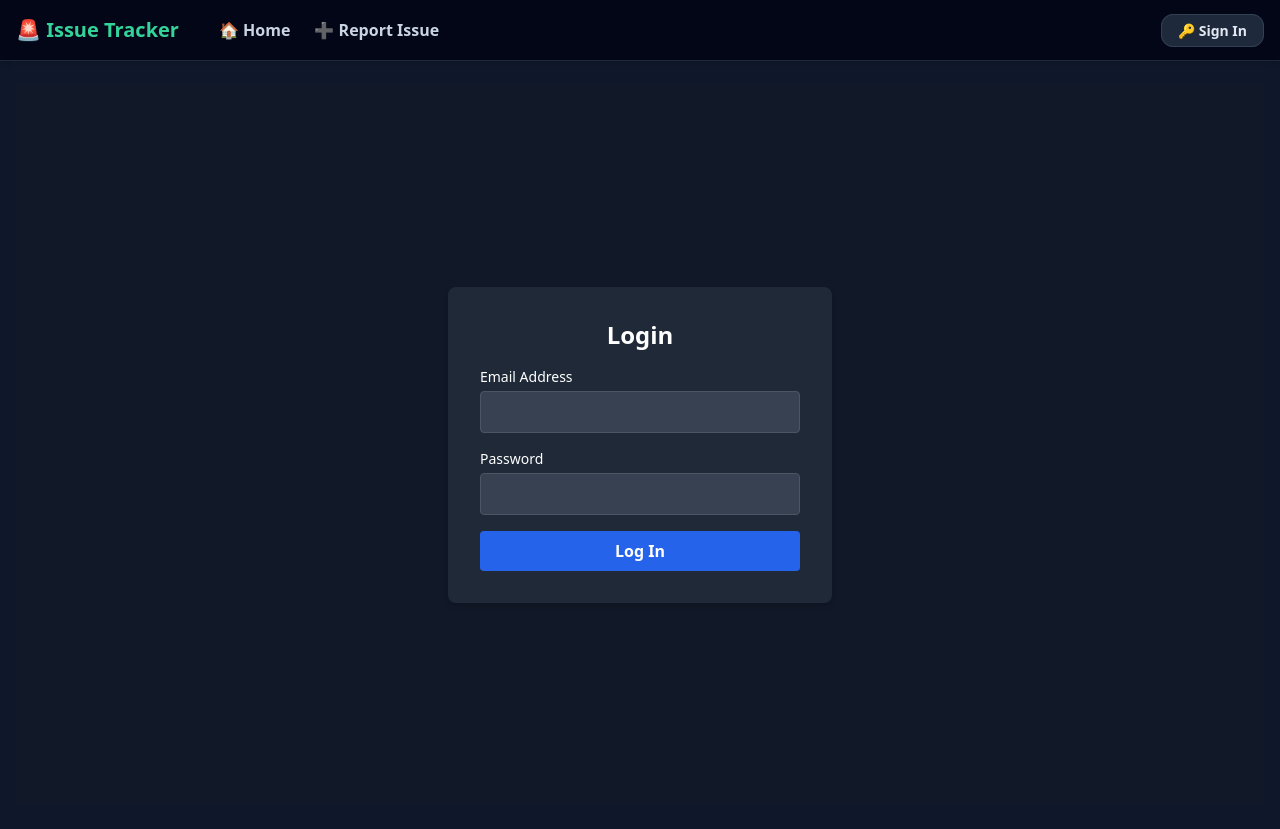
Repository: pugazhendhiprem3-cp/local-issue-management-system-.-.-.
Page: /login (app in my-react-app/)
An editor plug-in stored every save of this project. The page is shown before and after the next save, followed by the edit.
The browser window is 1280 px wide. The pictures show the whole page.
The project was rebuilt for these pictures with package versions that can differ from the ones it lists, and the page was loaded fresh each time. Also part of the build but not shown: my-react-app/vite.config.js, my-react-app/src/services/api.js, my-react-app/src/pages/CreateIssue.jsx, my-react-app/src/pages/IssuesFeed.jsx.

Above is the page before, as saved 2026-05-22 22:37:19.

### my-react-app/index.html
<!doctype html>
<html lang="en">
  <head>
    <meta charset="UTF-8" />
    <link rel="icon" type="image/svg+xml" href="/favicon.svg" />
    <meta name="viewport" content="width=device-width, initial-scale=1.0" />
    <title>my-react-app</title>
  </head>
  <body>
    <div id="root"></div>
    <script type="module" src="/src/main.jsx"></script>
  </body>
</html>

### my-react-app/src/App.jsx
import React, { useState, useEffect } from 'react'; // 🟢 Added standard hooks to track token presence
import { BrowserRouter as Router, Routes, Route, Link } from 'react-router-dom';
import CreateIssue from './pages/CreateIssue';
import IssuesFeed from './pages/IssuesFeed';
import Login from './pages/Login';

// Landing page containing both the Welcome Box and the Live Feed Board
const Home = () => {
  return (
    <div className="space-y-10">
      {/* Welcome Banner */}
      <div className="text-center mt-12 p-8 bg-slate-950 rounded-xl border border-slate-800 max-w-xl mx-auto shadow-2xl">
        <h1 className="text-3xl font-bold text-emerald-400 mb-4">🚨 Local Issue Tracker</h1>
        <p className="text-slate-400 mb-6">Track and report civic issues in your neighborhood instantly.</p>
        <Link to="/create-issue" className="inline-block bg-emerald-600 hover:bg-emerald-500 text-white font-bold py-2.5 px-6 rounded transition duration-200">
          Report a New Issue Now
        </Link>
      </div>

      {/* Live Feed directly visible below the welcome box */}
      <IssuesFeed />
    </div>
  );
};

function App() {
  // 🟢 Track if a token exists in localStorage to dynamically adjust the UI
  const [isAuthenticated, setIsAuthenticated] = useState(false);

  useEffect(() => {
    const token = localStorage.getItem('token');
    setIsAuthenticated(!!token); // True if token exists, false if null
  }, []);

  // 🟢 Clear stored session elements and drop auth state on log out
  const handleLogout = () => {
    localStorage.removeItem('token');
    localStorage.removeItem('role');
    setIsAuthenticated(false);
    window.location.href = '/'; // Soft redirect to home feed
  };

  return (
    <Router>
      <div className="min-h-screen bg-slate-900 text-white">

        {/* Navigation Bar */}
        <nav className="p-4 bg-slate-950 border-b border-slate-800 flex justify-between items-center shadow-md">
          <div className="flex gap-6 items-center">
            <div className="text-xl font-bold text-emerald-400 mr-4">🚨 Issue Tracker</div>
            <Link to="/" className="text-slate-300 font-semibold hover:text-emerald-400 transition-colors">
              🏠 Home
            </Link>
            <Link to="/create-issue" className="text-slate-300 font-semibold hover:text-emerald-400 transition-colors">
              ➕ Report Issue
            </Link>
          </div>

          {/* 🟢 Dynamically switches between Sign In and Sign Out buttons based on authentication state */}
          <div>
            {isAuthenticated ? (
              <button
                onClick={handleLogout}
                className="bg-red-950 hover:bg-red-900 text-red-200 border border-red-800 font-semibold py-1.5 px-4 rounded-xl transition duration-200 text-sm"
              >
                🛑 Sign Out
              </button>
            ) : (
              <Link
                to="/login"
                className="bg-slate-800 hover:bg-slate-700 text-slate-200 border border-slate-700 font-semibold py-1.5 px-4 rounded-xl transition duration-200 text-sm"
              >
                🔑 Sign In
              </Link>
            )}
          </div>
        </nav>

        {/* Route Definitions Layout Container */}
        <div className="container mx-auto px-4 py-6">
          <Routes>
            <Route path="/" element={<Home />} />
            <Route path="/create-issue" element={<CreateIssue />} />
            {/* Pass state setter to Login component to update Navbar right away upon login */}
            <Route path="/login" element={<Login setIsAuthenticated={setIsAuthenticated} />} />
          </Routes>
        </div>

      </div>
    </Router>
  );
}

export default App;

### my-react-app/src/pages/login.jsx
import React, { useState } from 'react';
import axios from 'axios';
import { useNavigate } from 'react-router-dom'; // 🟢 Added for redirecting after login

const Login = () => {
    // 1. Define states to hold the user inputs
    const [loginData, setLoginData] = useState({
        email: '',
        password: ''
    });

    const navigate = useNavigate(); // 🟢 Hook to redirect the user to another page

    // 2. Handle updating state when a user types in inputs
    const handleChange = (e) => {
        setFormData({ ...loginData, [e.target.name]: e.target.value });
    };

    // 3. 🟢 THIS IS YOUR STEP 2 CODE integrated here:
    const handleLoginSubmit = async (e) => {
        e.preventDefault();
        try {
            // Sends request to your Spring Boot Backend UserService endpoint
            const response = await axios.post('http://localhost:8080/api/users/login', loginData);

            // Destructure token and role from backend Response DTO
            const { token, role } = response.data;

            // Store token and role safely in the user's browser storage
            localStorage.setItem('token', token);
            localStorage.setItem('role', role);

            if (setIsAuthenticated) setIsAuthenticated(true);

            alert('Login Successful!');

            // Redirect user to the Issues Feed / Home screen
            navigate('/');
        } catch (error) {
            alert(error.response?.data?.message || 'Invalid credentials');
        }
    };

    // 4. Bind the function to the HTML form's onSubmit attribute
    return (
        <div className="flex justify-center items-center h-screen bg-gray-900 text-white">
            <form onSubmit={handleLoginSubmit} className="bg-gray-800 p-8 rounded-lg shadow-md w-96 space-y-4">
                <h2 className="text-2xl font-bold text-center">Login</h2>

                <div>
                    <label className="block text-sm font-medium mb-1">Email Address</label>
                    <input
                        type="email"
                        name="email"
                        onChange={handleChange}
                        required
                        className="w-full p-2 rounded bg-gray-700 border border-gray-600 focus:outline-none focus:border-blue-500"
                    />
                </div>

                <div>
                    <label className="block text-sm font-medium mb-1">Password</label>
                    <input
                        type="password"
                        name="password"
                        onChange={handleChange}
                        required
                        className="w-full p-2 rounded bg-gray-700 border border-gray-600 focus:outline-none focus:border-blue-500"
                    />
                </div>

                <button
                    type="submit"
                    className="w-full bg-blue-600 hover:bg-blue-700 p-2 rounded font-semibold transition duration-200"
                >
                    Log In
                </button>
            </form>
        </div>
    );
};

export default Login;

Loaded but not shown: my-react-app/src/main.jsx (common file); my-react-app/src/index.css (common file); my-react-app/tailwind.config.js (common file)

After the next save:
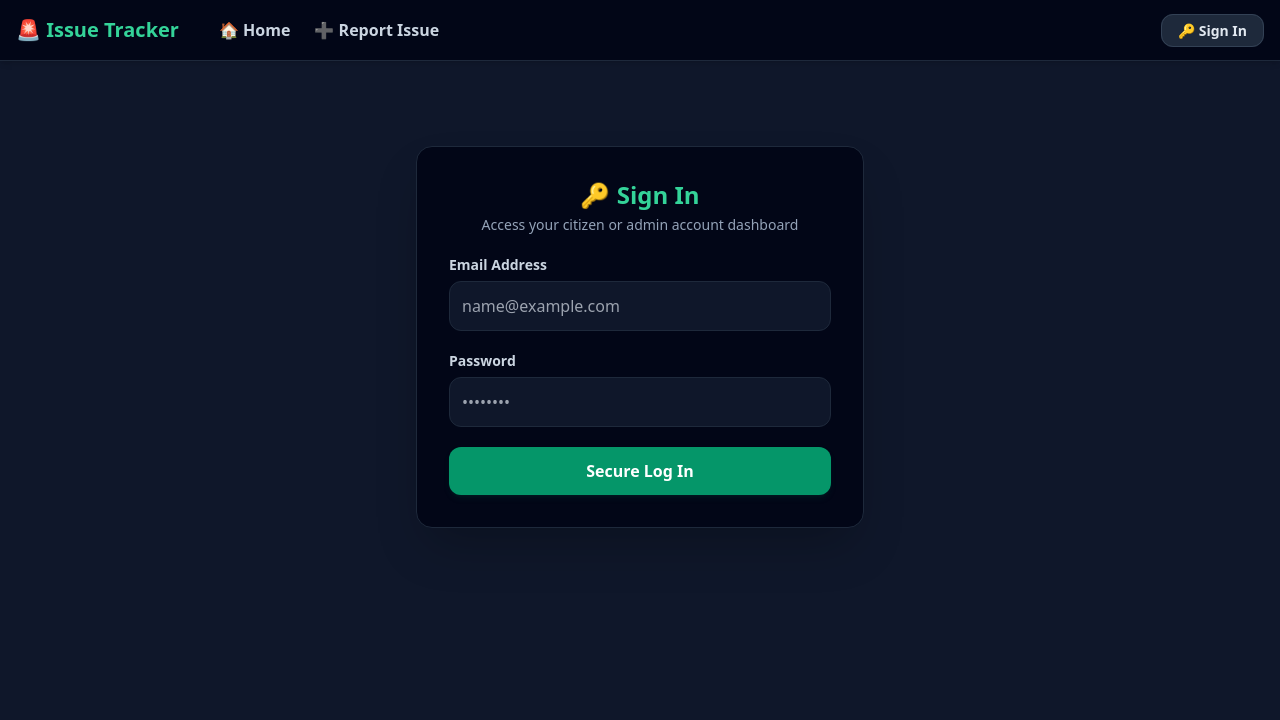
Saved 47 s later.
--- a/my-react-app/src/pages/login.jsx
+++ b/my-react-app/src/pages/login.jsx
@@ -1,79 +1,108 @@
 import React, { useState } from 'react';
 import axios from 'axios';
-import { useNavigate } from 'react-router-dom'; // 🟢 Added for redirecting after login
+import { useNavigate } from 'react-router-dom';
 
-const Login = () => {
-    // 1. Define states to hold the user inputs
+// 🟢 Destructure setIsAuthenticated passed down from App.jsx
+const Login = ({ setIsAuthenticated }) => {
     const [loginData, setLoginData] = useState({
         email: '',
         password: ''
     });
+    const [error, setError] = useState('');
+    const [loading, setLoading] = useState(false);
 
-    const navigate = useNavigate(); // 🟢 Hook to redirect the user to another page
+    const navigate = useNavigate();
 
-    // 2. Handle updating state when a user types in inputs
+    // Dynamically track typing inside inputs
     const handleChange = (e) => {
-        setFormData({ ...loginData, [e.target.name]: e.target.value });
+        setLoginData({
+            ...loginData,
+            [e.target.name]: e.target.value
+        });
     };
 
-    // 3. 🟢 THIS IS YOUR STEP 2 CODE integrated here:
     const handleLoginSubmit = async (e) => {
         e.preventDefault();
+        setError('');
+        setLoading(true);
+
         try {
-            // Sends request to your Spring Boot Backend UserService endpoint
+            // 🟢 Send credentials to your Spring Boot API endpoint
             const response = await axios.post('http://localhost:8080/api/users/login', loginData);
 
-            // Destructure token and role from backend Response DTO
+            // Extract the token and user role returned by your DTO
             const { token, role } = response.data;
 
-            // Store token and role safely in the user's browser storage
+            // 🟢 Persist authentication data in the browser
             localStorage.setItem('token', token);
             localStorage.setItem('role', role);
 
-            if (setIsAuthenticated) setIsAuthenticated(true);
+            // 🟢 Instantly flip the state in App.jsx to change navbar button
+            if (setIsAuthenticated) {
+                setIsAuthenticated(true);
+            }
 
-            alert('Login Successful!');
+            alert('Welcome Back! Login Successful.');
 
-            // Redirect user to the Issues Feed / Home screen
+            // Redirect to the home issues feed page
             navigate('/');
-        } catch (error) {
-            alert(error.response?.data?.message || 'Invalid credentials');
+        } catch (err) {
+            console.error(err);
+            setError(err.response?.data?.message || 'Invalid email or password. Please try again.');
+        } finally {
+            setLoading(false);
         }
     };
 
-    // 4. Bind the function to the HTML form's onSubmit attribute
     return (
-        <div className="flex justify-center items-center h-screen bg-gray-900 text-white">
-            <form onSubmit={handleLoginSubmit} className="bg-gray-800 p-8 rounded-lg shadow-md w-96 space-y-4">
-                <h2 className="text-2xl font-bold text-center">Login</h2>
+        <div className="flex justify-center items-center min-h-[70vh]">
+            <form
+                onSubmit={handleLoginSubmit}
+                className="bg-slate-950 border border-slate-800 p-8 rounded-2xl shadow-2xl w-full max-w-md space-y-5"
+            >
+                <div className="text-center">
+                    <h2 className="text-2xl font-bold text-emerald-400">🔑 Sign In</h2>
+                    <p className="text-slate-400 text-sm mt-1">Access your citizen or admin account dashboard</p>
+                </div>
+
+                {error && (
+                    <div className="bg-red-950/50 border border-red-800 text-red-400 text-sm p-3 rounded-xl text-center">
+                        ⚠️ {error}
+                    </div>
+                )}
 
                 <div>
-                    <label className="block text-sm font-medium mb-1">Email Address</label>
+                    <label className="block text-sm font-semibold text-slate-300 mb-1.5">Email Address</label>
                     <input
                         type="email"
                         name="email"
+                        value={loginData.email}
                         onChange={handleChange}
                         required
-                        className="w-full p-2 rounded bg-gray-700 border border-gray-600 focus:outline-none focus:border-blue-500"
+                        placeholder="name@example.com"
+                        className="w-full p-3 rounded-xl bg-slate-900 border border-slate-800 focus:outline-none focus:border-emerald-500 text-slate-100 transition-colors"
                     />
                 </div>
 
                 <div>
-                    <label className="block text-sm font-medium mb-1">Password</label>
+                    <label className="block text-sm font-semibold text-slate-300 mb-1.5">Password</label>
                     <input
                         type="password"
                         name="password"
+                        value={loginData.password}
                         onChange={handleChange}
                         required
-                        className="w-full p-2 rounded bg-gray-700 border border-gray-600 focus:outline-none focus:border-blue-500"
+                        placeholder="••••••••"
+                        className="w-full p-3 rounded-xl bg-slate-900 border border-slate-800 focus:outline-none focus:border-emerald-500 text-slate-100 transition-colors"
                     />
                 </div>
 
                 <button
                     type="submit"
-                    className="w-full bg-blue-600 hover:bg-blue-700 p-2 rounded font-semibold transition duration-200"
+                    disabled={loading}
+                    className="w-full bg-emerald-600 hover:bg-emerald-500 disabled:bg-emerald-800 text-white font-bold p-3 rounded-xl transition duration-200 shadow-md shadow-emerald-900/20"
                 >
-                    Log In
+                    {loading ? 'Authenticating...' : 'Secure Log In'}
                 </button>
             </form>
         </div>
